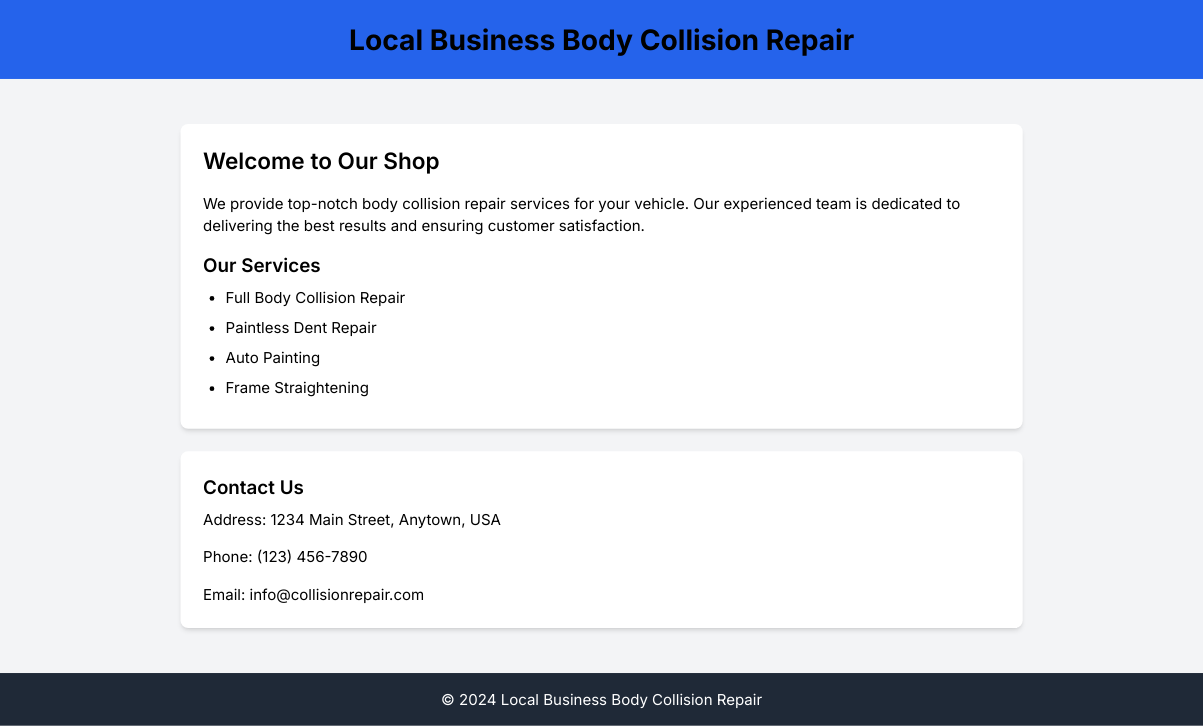
Repository: kayacancode/midcitybodyworks
Page: /
These files come from the project's save history. The page is drawn as it stood at one moment and after the next save; the edit follows.
The browser window is 1280 px wide. The pictures show the whole page, at 94% of full size.
The project was rebuilt for these pictures with package versions that can differ from the ones it lists, and the page was loaded fresh each time. The framework's server and built-in components were replaced by stand-ins that run in the browser. Also part of the build but not shown: next.config.mjs.

Above is the page before, as saved 2024-06-29 11:59:08.

After the next save:
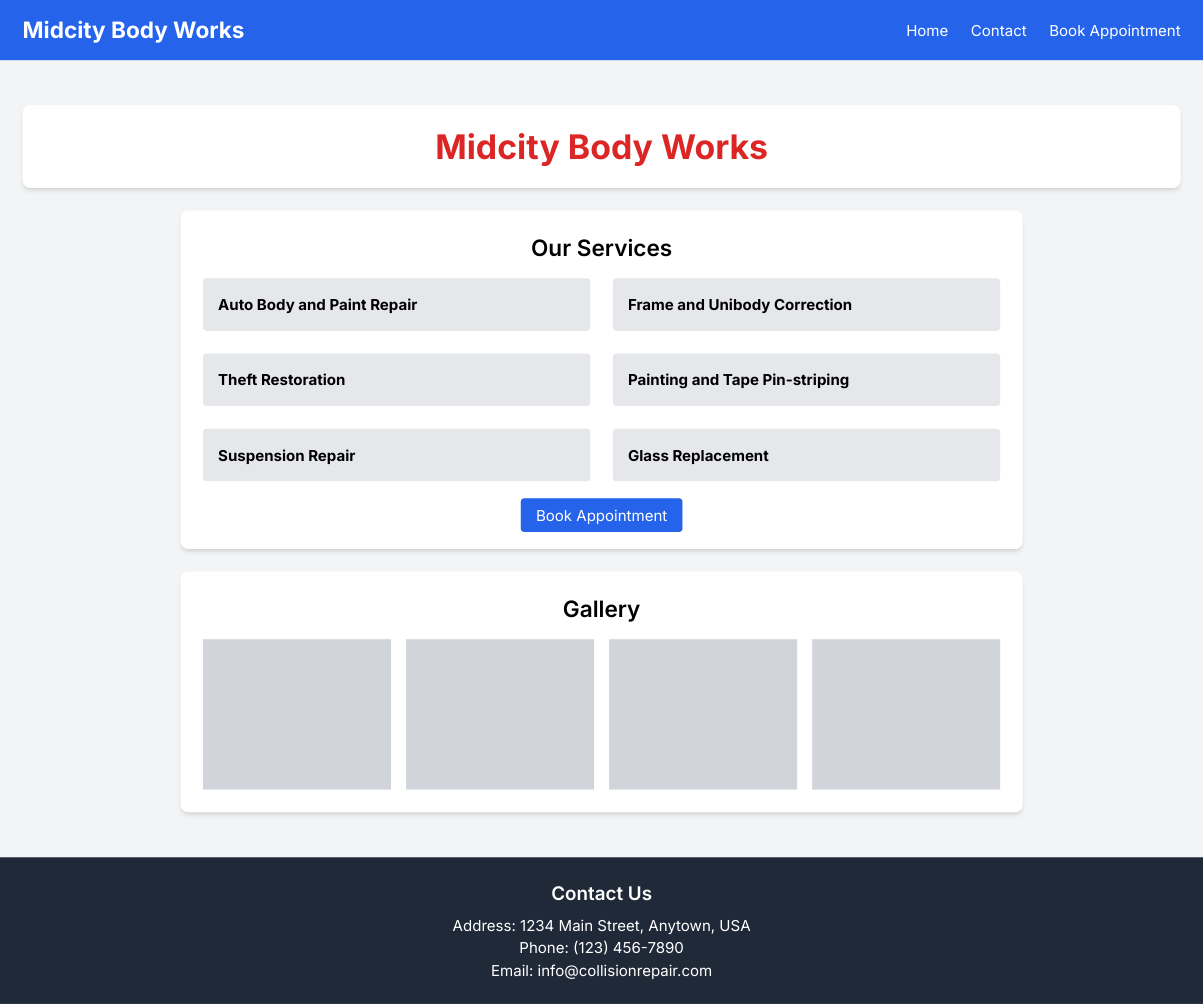
Saved 6 min 55 s later.
--- a/src/app/page.js
+++ b/src/app/page.js
@@ -2,40 +2,74 @@ import Image from "next/image";
 
 export default function Home() {
   return (
-    <div className="min-h-screen bg-gray-100 flex flex-col justify-center items-center">
-      <header className="bg-blue-600 text-black w-full py-6">
-        <h1 className="text-center text-3xl font-bold">Local Business Body Collision Repair</h1>
+    <div className="min-h-screen bg-gray-100 flex flex-col">
+      {/* Navigation Bar */}
+      <header className="bg-blue-600 text-white w-full py-4 flex justify-between items-center px-6">
+        <div className="text-2xl font-bold">Midcity Body Works</div>
+        <nav>
+          <ul className="flex space-x-6">
+            <li><a href="#home" className="hover:underline">Home</a></li>
+            <li><a href="#contact" className="hover:underline">Contact</a></li>
+            <li><a href="#appointment" className="hover:underline">Book Appointment</a></li>
+          </ul>
+        </nav>
       </header>
+
+      {/* Hero Section */}
       <main className="flex flex-col items-center p-6">
+        <section id="home" className="w-full bg-white p-6 rounded-lg shadow-md mt-6 text-center">
+          <h1 className="text-4xl font-bold text-red-600">Midcity Body Works</h1>
+        </section>
+
+        {/* Our Services Section */}
         <section className="w-full max-w-4xl bg-white p-6 rounded-lg shadow-md mt-6">
-          <h2 className="text-2xl font-semibold mb-4">Welcome to Our Shop</h2>
-          <p className="mb-4">
-            We provide top-notch body collision repair services for your vehicle. Our experienced team is dedicated to delivering the best results and ensuring customer satisfaction.
-          </p>
-          <h3 className="text-xl font-semibold mb-2">Our Services</h3>
-          <ul className="list-disc pl-6">
-            <li className="mb-2">Full Body Collision Repair</li>
-            <li className="mb-2">Paintless Dent Repair</li>
-            <li className="mb-2">Auto Painting</li>
-            <li className="mb-2">Frame Straightening</li>
-          </ul>
+          <h2 className="text-2xl font-semibold mb-4 text-center">Our Services</h2>
+          <div className="grid grid-cols-1 sm:grid-cols-2 gap-6">
+            <div className="bg-gray-200 p-4 rounded">
+              <h3 className="font-bold">Auto Body and Paint Repair</h3>
+            </div>
+            <div className="bg-gray-200 p-4 rounded">
+              <h3 className="font-bold">Frame and Unibody Correction</h3>
+            </div>
+            <div className="bg-gray-200 p-4 rounded">
+              <h3 className="font-bold">Theft Restoration</h3>
+            </div>
+            <div className="bg-gray-200 p-4 rounded">
+              <h3 className="font-bold">Painting and Tape Pin-striping</h3>
+            </div>
+            <div className="bg-gray-200 p-4 rounded">
+              <h3 className="font-bold">Suspension Repair</h3>
+            </div>
+            <div className="bg-gray-200 p-4 rounded">
+              <h3 className="font-bold">Glass Replacement</h3>
+            </div>
+          </div>
+          <div className="text-center mt-6">
+            <a href="#appointment" className="bg-blue-600 text-white px-4 py-2 rounded hover:bg-blue-700">Book Appointment</a>
+          </div>
         </section>
+
+        {/* Placeholder Photo Section */}
         <section className="w-full max-w-4xl bg-white p-6 rounded-lg shadow-md mt-6">
-          <h3 className="text-xl font-semibold mb-2">Contact Us</h3>
-          <p className="mb-4">
-            Address: 1234 Main Street, Anytown, USA
-          </p>
-          <p className="mb-4">
-            Phone: (123) 456-7890
-          </p>
-          <p>
-            Email: info@collisionrepair.com
-          </p>
+          <h2 className="text-2xl font-semibold mb-4 text-center">Gallery</h2>
+          <div className="grid grid-cols-2 sm:grid-cols-4 gap-4">
+            <div className="bg-gray-300 h-40"></div>
+            <div className="bg-gray-300 h-40"></div>
+            <div className="bg-gray-300 h-40"></div>
+            <div className="bg-gray-300 h-40"></div>
+          </div>
         </section>
       </main>
-      <footer className="bg-gray-800 text-white w-full py-4 mt-6">
-        <p className="text-center">&copy; 2024 Local Business Body Collision Repair</p>
+
+      {/* Footer */}
+      <footer className="bg-gray-800 text-white w-full py-6 mt-6">
+        <div className="text-center">
+          <h3 className="text-xl font-semibold mb-2">Contact Us</h3>
+          <p>Address: 1234 Main Street, Anytown, USA</p>
+          <p>Phone: (123) 456-7890</p>
+          <p>Email: info@collisionrepair.com</p>
+        </div>
       </footer>
     </div>
-  )
+  );
 }
